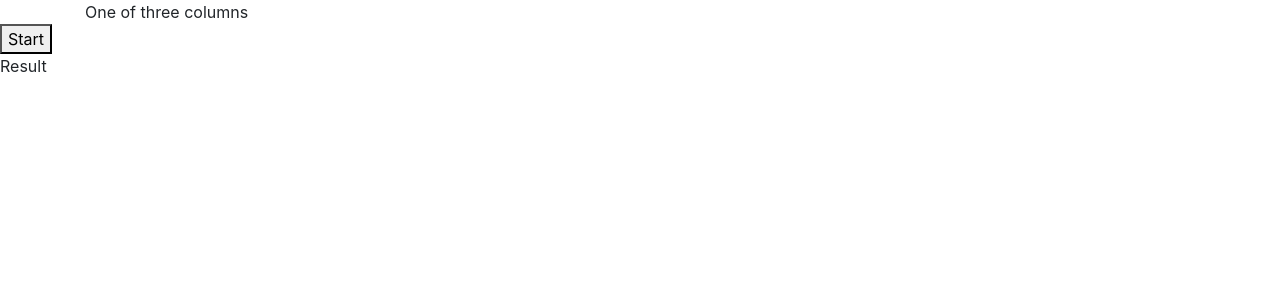
Repository: TaylorD1982/randomizer
Page: index.html
The author's editor kept a record of every edit. The page is drawn from the files as they stood at one moment, then again after the next edit.
The browser window is 1280 px wide. The pictures show the whole page.
Some web libraries are served in a nearby version.

Above is the page before.

### index.html
<!DOCTYPE html>
<html lang="en">

<head>
    <meta charset="UTF-8">
    <meta name="viewport" content="width=device-width, initial-scale=1.0">
    <meta http-equiv="X-UA-Compatible" content="ie=edge">
    <title>Document</title>
    <link rel="stylesheet" href="https://maxcdn.bootstrapcdn.com/bootstrap/4.0.0/css/bootstrap.min.css" integrity="sha384-Gn5384xqQ1aoWXA+058RXPxPg6fy4IWvTNh0E263XmFcJlSAwiGgFAW/dAiS6JXm" crossorigin="anonymous">
</head>

<body>
    <div class="container">
        <div class="row">
            <div class="col-sm">
                One of three columns
            </div>
        </div>
    </div>



    <button id="Button">
  Start
</button>
    <div id="Answer">
        Result
    </div>
</body>
<script>
    // myArray initial content, as a global variable :
    var myArray = [
        'Al',
        'Bingham',
        'David',
        'Juliet',
        'Will',
        'Laura',
        'Lindsey'
    ];

    // the event handler, randomly emptying myArray one at a time :
    document.getElementById("Button").onclick = function() {
        // check for an empty array :
        if (myArray.length > 0) {
            var optionsE = Math.floor(Math.random() * myArray.length);
            var removedE = myArray.splice(optionsE, 1);
            document.getElementById("Answer").innerHTML = removedE[0];
        }
        else {
            alert("the array is now empty");
        }
    }
</script>
<script src="https://code.jquery.com/jquery-3.2.1.slim.min.js" integrity="sha384-KJ3o2DKtIkvYIK3UENzmM7KCkRr/rE9/Qpg6aAZGJwFDMVNA/GpGFF93hXpG5KkN" crossorigin="anonymous"></script>
<script src="https://cdnjs.cloudflare.com/ajax/libs/popper.js/1.12.9/umd/popper.min.js" integrity="sha384-ApNbgh9B+Y1QKtv3Rn7W3mgPxhU9K/ScQsAP7hUibX39j7fakFPskvXusvfa0b4Q" crossorigin="anonymous"></script>
<script src="https://maxcdn.bootstrapcdn.com/bootstrap/4.0.0/js/bootstrap.min.js" integrity="sha384-JZR6Spejh4U02d8jOt6vLEHfe/JQGiRRSQQxSfFWpi1MquVdAyjUar5+76PVCmYl" crossorigin="anonymous"></script>

</html>

After the next edit:
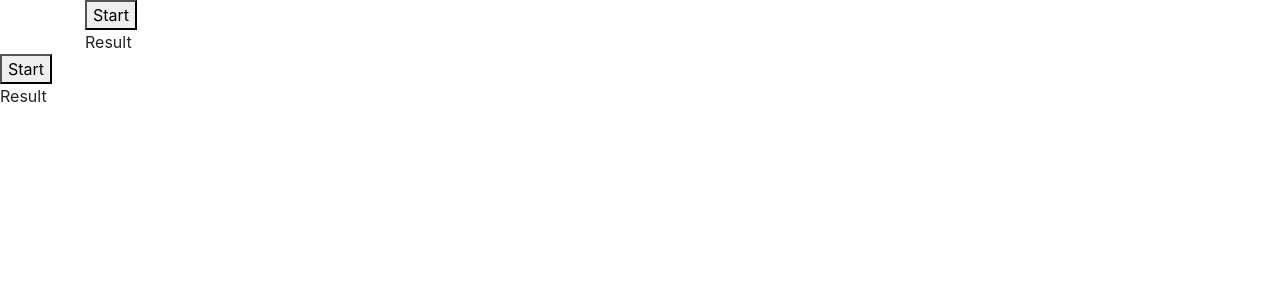
The edit:
--- a/index.html
+++ b/index.html
@@ -12,8 +12,13 @@
 <body>
     <div class="container">
         <div class="row">
-            <div class="col-sm">
-                One of three columns
+            <div class="col">
+                <button id="Button">
+  Start
+</button>
+                <div id="Answer">
+                    Result
+                </div>
             </div>
         </div>
     </div>
